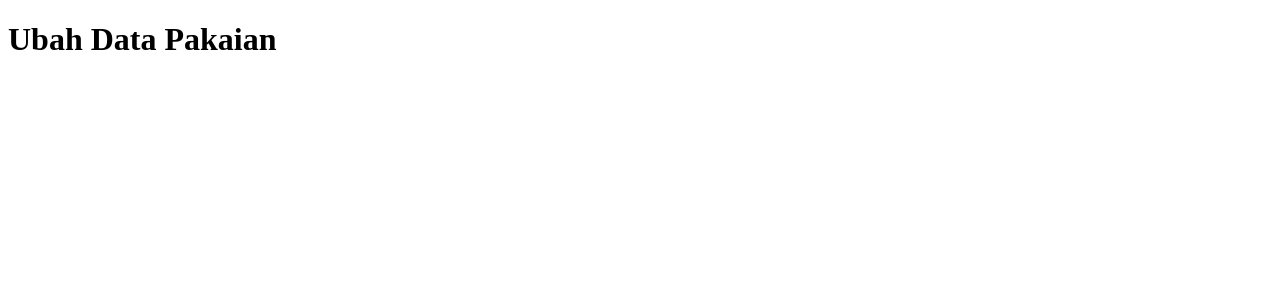
Repository: NovianRI/NovianRI.github.io
Page: http://localhost/ubah.php
These files come from the project's save history. The page is drawn as it stood at one moment and after the next save; the edit follows.
The browser window is 1280 px wide. The pictures show the whole page.
The page is run by PHP 8.4 with error messages shown; the project is at /var/www/html/.

Above is the page before, as saved 2024-01-16 23:28:03.

### ubah.php
<!DOCTYPE html>
<html lang="en">
<head>
    <meta charset="UTF-8">
    <meta name="viewport" content="width=device-width, initial-scale=1.0">
    <title>Ubah Daftar Pakaian</title>
</head>
<body>
    <h1>Ubah Data Pakaian</h1>

</body>
</html>

After the next save:
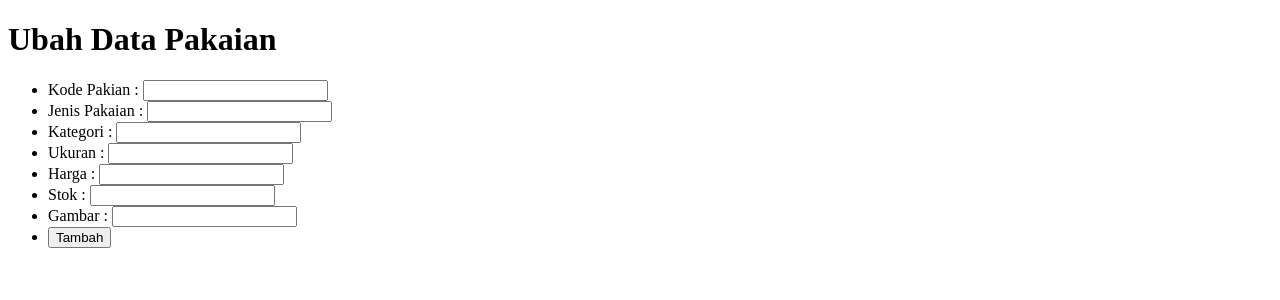
Saved 37 s later.
--- a/ubah.php
+++ b/ubah.php
@@ -8,5 +8,41 @@
 <body>
     <h1>Ubah Data Pakaian</h1>
 
+    <form action="" method="post">
+        <ul>
+            <li>
+                <label for="kode_pakaian">Kode Pakian : </label>
+                <input type="text" name="kode_pakaian" id="kode_pakaian">
+            </li>
+            <li>
+                <label for="jenis">Jenis Pakaian : </label>
+                <input type="text" name="jenis" id="jenis">
+            </li>
+            <li>
+                <label for="kategori">Kategori : </label>
+                <input type="text" name="kategori" id="kategori">
+            </li>
+            <li>
+                <label for="ukuran">Ukuran : </label>
+                <input type="text" name="ukuran" id="ukuran">
+            </li>
+            <li>
+                <label for="harga">Harga : </label>
+                <input type="text" name="harga" id="harga">
+            </li>
+            <li>
+                <label for="stok">Stok : </label>
+                <input type="text" name="stok" id="stok">
+            </li>
+            <li>
+                <label for="gambar">Gambar : </label>
+                <input type="text" name="gambar" id="gambar">
+            </li>
+            <li>
+                <button type="submit" name="submit">Tambah</button>
+            </li>
+        </ul>
+    </form>
+
 </body>
 </html>
